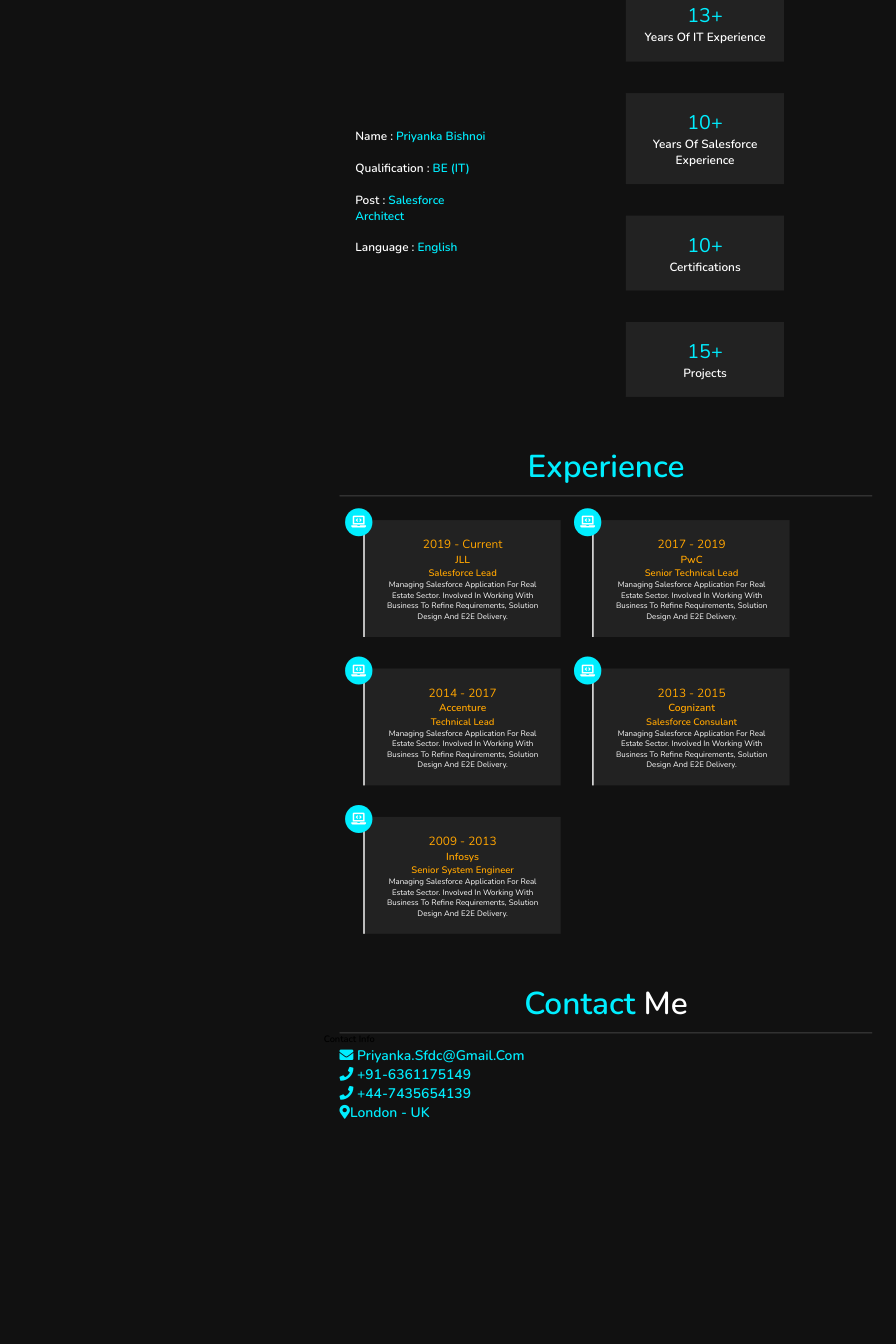
Repository: priyanka-bishnoi/PortfolioPage
Page: MyPage.html
An editor plug-in stored every save of this project. The page is shown before and after the next save, followed by the edit.
The browser window is 1280 px wide. The pictures show the part of the page from y = 870 to 2790 px (the page is 2970 px tall), at 70% of full size.

Above is the page before, as saved 2022-10-09 15:43:05.

After the next save:
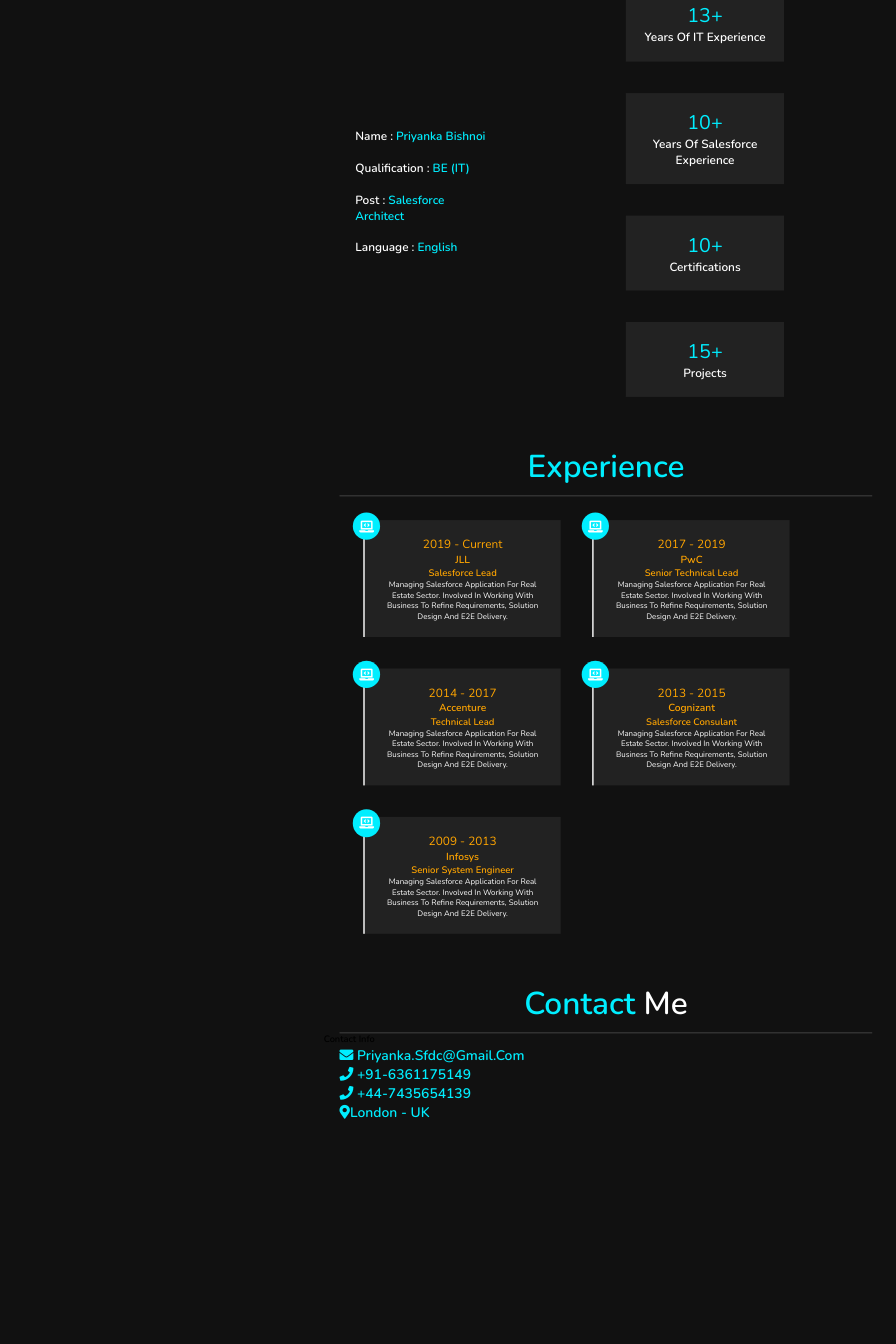
Saved 3 min 0 s later.
--- a/css/style.css
+++ b/css/style.css
@@ -220,7 +220,7 @@ header .navBar ul li a:hover{
 
 .experience .exp .box i{
     position: absolute;
-    top:-1.5rem; left:-2.5rem;
+    top:-1rem; left:-1.5rem;
     height:3.5rem;
     width: 3.5rem;
     border-radius: 50%;
